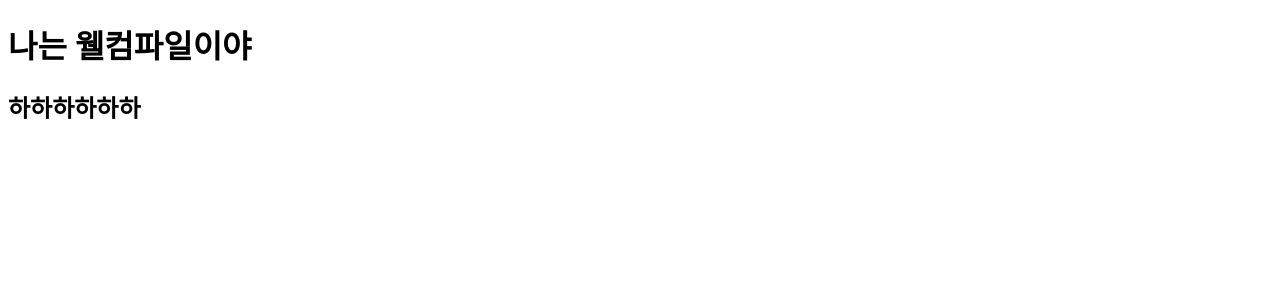
Repository: dongja86/spring
Page: http://localhost/springProject/
The author's editor kept a copy of each file at every save. The page is drawn from the files as they stood at one save, then again after the next save.
The browser window is 1280 px wide. The pictures show the whole page.
The page is served by Tomcat 9.

Above is the page before, as saved 2024-04-16 00:44:19.

After the next save:
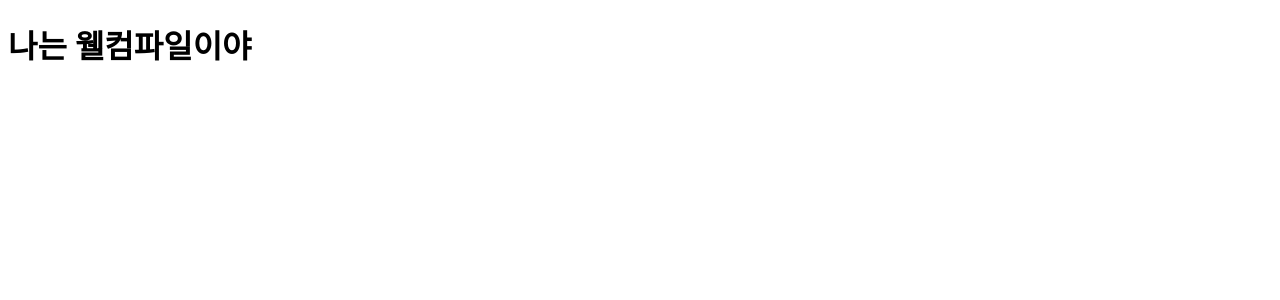
Saved 6 s later.
--- a/springProject/src/main/webapp/index.jsp
+++ b/springProject/src/main/webapp/index.jsp
@@ -10,7 +10,6 @@
 
 		<h1> 나는 웰컴파일이야 </h1>
 
-		<h2> 하하하하하하 </h2>
 
 </body>
 </html>
